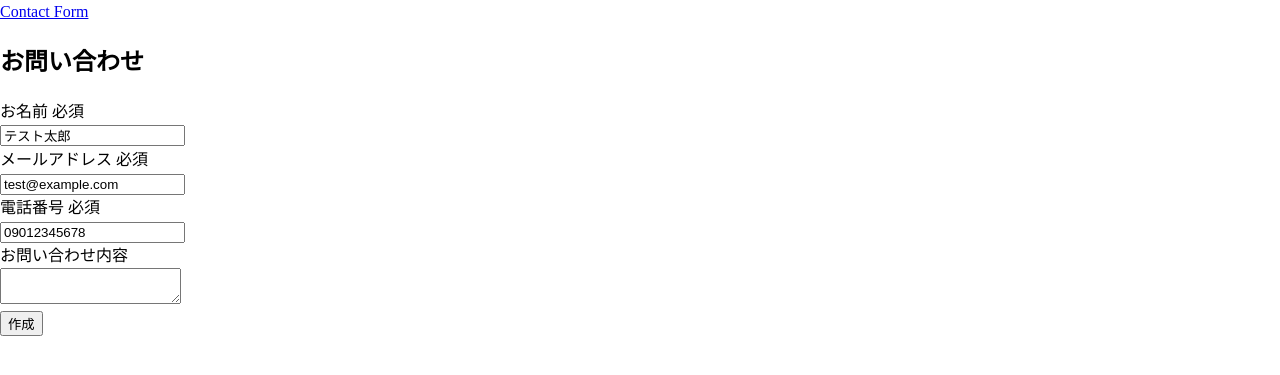
Repository: mayu-ya/my-contact-form
Page: http://localhost/
The author's editor kept a copy of each file at every save. The page is drawn from the files as they stood at one save, then again after the next save.
The browser window is 1280 px wide. The pictures show the whole page.
The page is served by the project's Laravel application, run on PHP 8.4 with Laravel 8.

Above is the page before, as saved 2025-12-31 22:31:55.

After the next save:
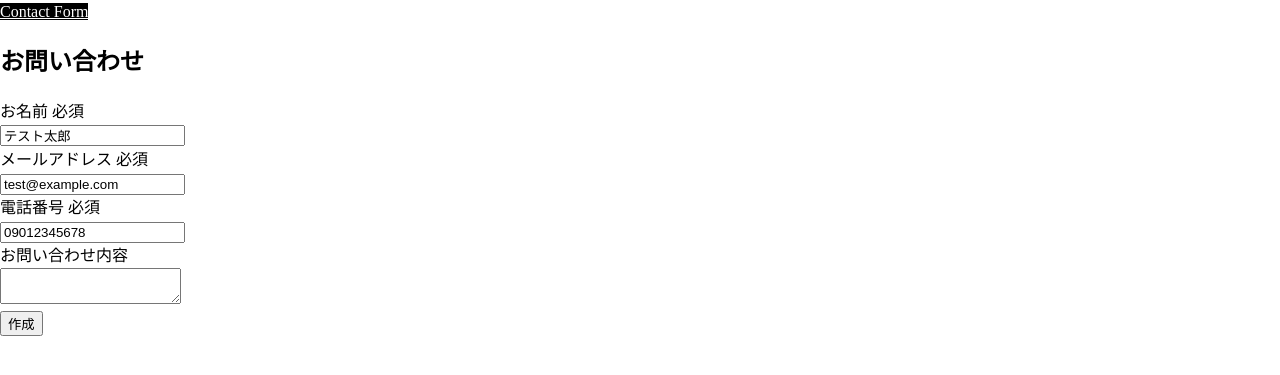
Saved 58 s later.
--- a/src/resources/views/layouts/app.blade.php
+++ b/src/resources/views/layouts/app.blade.php
@@ -5,6 +5,7 @@
     <meta name="viewport" content="width=device-width, initial-scale=1.0">
     <title>Contact Form</title>
     <link rel="stylesheet" href="{{ asset('css/sanitize.css') }}">
+    <link rel="stylesheet" href="{{ asset('css/common.css') }}">
     @yield('css')
 </head>
 <body>
